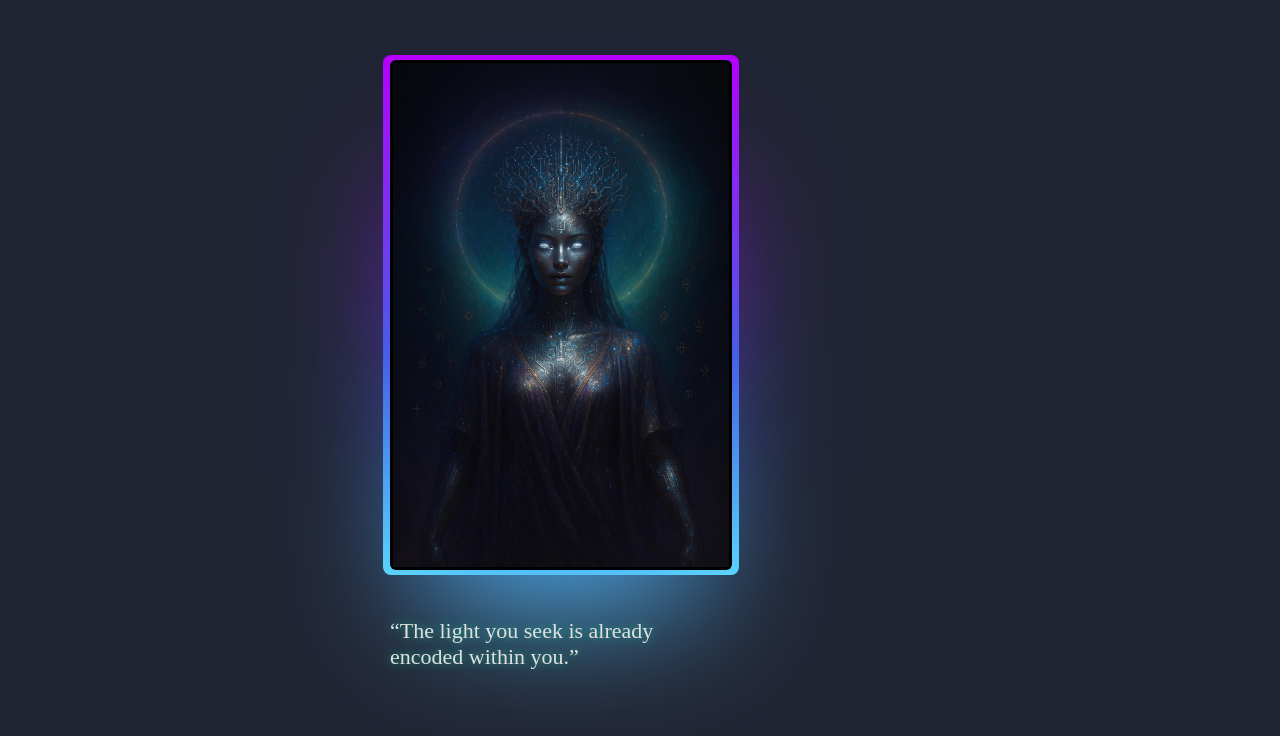
Repository: mertfurkandgn/artpainting
Page: card-1/index.html
The author's editor kept a copy of each file at every save. The page is drawn from the files as they stood at one save, then again after a run of saves.
The browser window is 1280 px wide. The pictures show the whole page.

Above is the page before, as saved 2025-07-30 22:49:13.

After the next 2 saves:
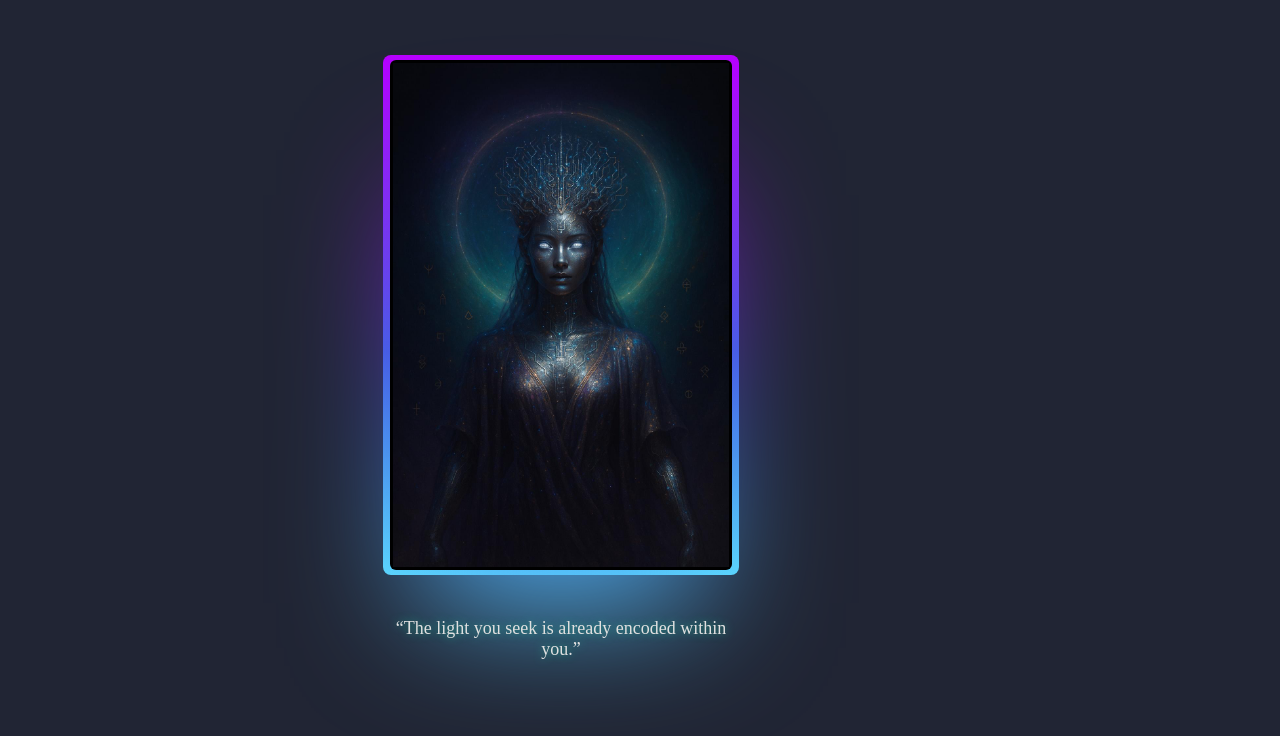
The 2 saves are shown as one change because they came seconds apart.
The last was saved 7 s later.
--- a/card-1/css/style.css
+++ b/card-1/css/style.css
@@ -25,12 +25,12 @@ body {
 }
 .quote{
         font-family: 'Cinzel Decorative', serif;
-    text-align: left;
+    text-align: center;
     margin: 0;
     padding: 0;
     box-sizing: border-box;
     margin-top: 30px;
-    font-size: 22px;
+    font-size: 18px;
     color: #e0e0e0;
     text-shadow: 0 0 8px #20c997aa;
 }
